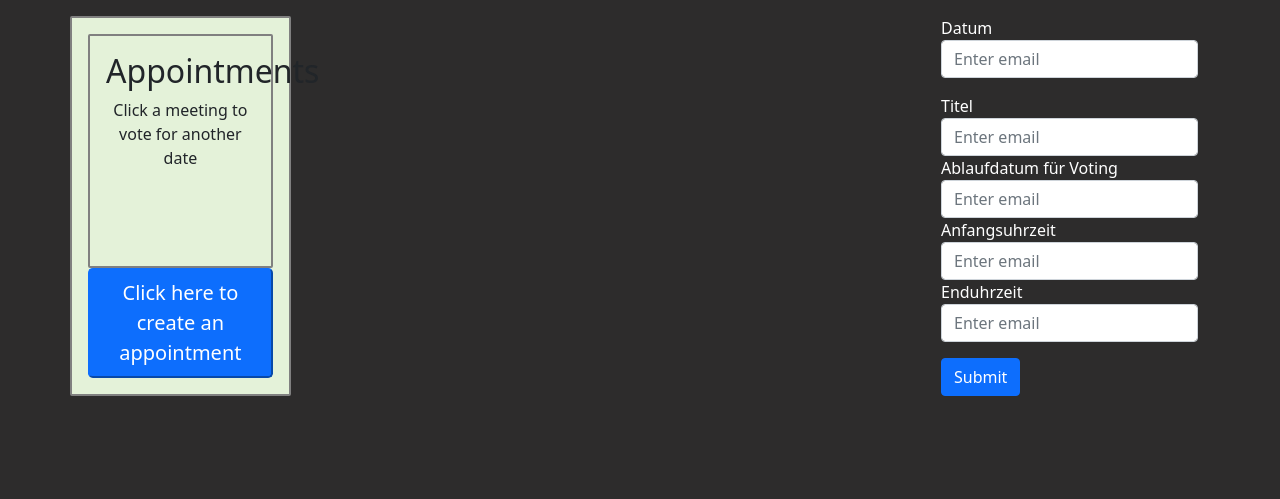
Repository: wlichon/Semesterprojekt
Page: index.html
These files come from the project's save history. The page is drawn as it stood at one moment and after the next save; the edit follows.
The browser window is 1280 px wide. The pictures show the whole page.
The page's requests for data from a server got no answer. Some web libraries are served in a nearby version.

Above is the page before, as saved 2022-04-22 20:47:23.

### index.html
<!DOCTYPE html>
<html lang="en">
<head>
    <link href="https://cdn.jsdelivr.net/npm/bootstrap@5.1.3/dist/css/bootstrap.min.css" rel="stylesheet" integrity="sha384-1BmE4kWBq78iYhFldvKuhfTAU6auU8tT94WrHftjDbrCEXSU1oBoqyl2QvZ6jIW3" crossorigin="anonymous">
    <link rel="stylesheet" href="https://cdn.jsdelivr.net/npm/bootstrap-icons@1.8.1/font/bootstrap-icons.css">
    <script
    src="https://code.jquery.com/jquery-3.6.0.min.js"
    integrity="sha256-/xUj+3OJU5yExlq6GSYGSHk7tPXikynS7ogEvDej/m4="
    crossorigin="anonymous"></script>
    <script src="https://cdnjs.cloudflare.com/ajax/libs/jqueryui/1.12.1/jquery-ui.min.js" integrity="sha512-uto9mlQzrs59VwILcLiRYeLKPPbS/bT71da/OEBYEwcdNUk8jYIy+D176RYoop1Da+f9mvkYrmj5MCLZWEtQuA==" crossorigin="anonymous" referrerpolicy="no-referrer"></script>
    <meta charset="UTF-8">
    <meta http-equiv="X-UA-Compatible" content="IE=edge">
    <meta name="viewport" content="width=device-width, initial-scale=1.0">
    <link rel="stylesheet" href="frontend/css/mystyle.css">
    <script src="frontend/script/script.js" defer></script>
    <title>Appointment Finder</title>
</head>
<body class="d-flex justify-content-center">
    <div class="container m-3 d-flex justify-content-center">
        <div class="events row flex-grow-1" id="events">
            <div class="col-md-3 d-flex justify-content-between" style="flex-direction: column">

                <div class="col">
                    <h2 class="align-self-center">Appointments</h2>
                    <p class="">Click a meeting to vote for another date</p>
                </div>
                <button class = "btn-primary btn-lg" id = "createappointment"> Click here to create an appointment</button>


                </div>
             </div>

            <div class="appointments row flex-grow-1" id="appointments">
                <div class="col-md d-flex justify-content-between" style="flex-direction: column">
                    <div class="row h-80">
                        <div class="col">
                           <h2 class="align-self-center">Options</h2>
                        </div>
                    </div>
                    <div class="row inputs h-20 align-self-bottom">
                        <div class="col-md">
                            <i class="bi bi-person-circle m-1"></i><input type="text" placeholder="Name">
                        </div>
                    </div>

                </div>




                <!--
                    <div id = "appointment"
                <div class="col-md">
                    <div class="row h-80">
                        <div class="col wrapper">
                            <h4>Dez</h4>
                            <h3>23</h3>
                            <p>Mi</p>
                            <p>11:40</p>
                            <p>13:00</p>
                        </div>
                    </div>
                    <div class="row inputs h-20">
                        <div class="col-md"><input class="form-check-input" type="checkbox" value=""></div>
                    </div>


                </div>
                <div class="btn btn-primary col-auto p-1" id="lslide">
                    <i class="bi bi-chevron-left"></i>
                </div>

                <div class="row mt-5 comment">
                    <div class="input-group input-group-lg">
                        <span class="input-group-text" id="inputGroup-sizing-lg">Comment</span>
                        <input type="text" class="form-control" aria-label="Sizing example input" aria-describedby="inputGroup-sizing-lg">
                        <button class="btn btn-outline-secondary bg-primary text-white" type="button" id="submit">Submit</button>
                    </div>
                </div>
            -->
        </div>
        <form id = "createappointmentform">
            <!-- Appointment ($date,$title,$votingExpirationDate,$begin,$end,$optionIDs)3222 -->
            <div class="form-group">
              <label for="exampleInputEmail1" class ="text-white">Datum</label>
              <input type="email" class="form-control" id="exampleInputEmail1" aria-describedby="emailHelp" placeholder="Enter email">
            </div>
            <div class="form-group">
                <label for="exampleInputEmail1" class ="text-white mt-3">Titel</label>
                <input type="email" class="form-control" id="exampleInputEmail1" aria-describedby="emailHelp" placeholder="Enter email">
            </div>
              <div class="form-group">
                <label for="exampleInputEmail1" class ="text-white">Ablaufdatum für Voting</label>
                <input type="email" class="form-control" id="exampleInputEmail1" aria-describedby="emailHelp" placeholder="Enter email">
            </div>
              <div class="form-group">
                <label for="exampleInputEmail1" class ="text-white">Anfangsuhrzeit</label>
                <input type="email" class="form-control" id="exampleInputEmail1" aria-describedby="emailHelp" placeholder="Enter email">
            </div>
              <div class="form-group">
                <label for="exampleInputEmail1" class ="text-white">Enduhrzeit</label>
                <input type="email" class="form-control" id="exampleInputEmail1" aria-describedby="emailHelp" placeholder="Enter email">
            </div>
            <button type="submit" class="btn btn-primary mt-3">Submit</button>
          </form>

            </div>


    <script src="https://cdn.jsdelivr.net/npm/bootstrap@5.1.3/dist/js/bootstrap.bundle.min.js" integrity="sha384-ka7Sk0Gln4gmtz2MlQnikT1wXgYsOg+OMhuP+IlRH9sENBO0LRn5q+8nbTov4+1p" crossorigin="anonymous"></script>
</body>
</html>

### frontend/css/mystyle.css
[class*="col"]{
    text-align:center;
    border: 2px solid grey;
    padding: 1rem;
    border-radius: 2px;
    background-color:rgb(228, 242, 217);
}

.bi-person-circle{
    font-size: 1.5rem;
}

.inputs > div{
    background-color: rgb(89, 209, 61);
}

body{
    background-color:rgb(45, 44, 44);
}

.wrapper{
    border-radius: 5px;
    border: none;
    background-color: lightcyan;
}

.container{
    border-radius: 5px;
}

#lslide{
    background-color:blue;
    border-radius:10px;
}

.event{
    cursor: pointer;
}

.event:hover{
    background-color:blue;
}

.noevent:hover{
    pointer-events: none;
}

### frontend/script/script.js
"use strict";
var months = ["Jan", "Feb", "Mar", "Apr", "May", "Jun", "Jul", "Aug", "Sep", "Oct", "Nov", "Dec"];
var days = ["Mon", "Tue", "Wed", "Thu", "Fri", "Sat", "Sun"];
var slidebutton = "<div class='btn btn-primary col-auto p-1' id='lslide'><i class='bi bi-chevron-left'></i></div>";
var commentbar = "<div class='row mt-5 comment'><div class='input-group input-group-lg'><span class='input-group-text' id='inputGroup-sizing-lg'>Comment</span><input type='text' class='form-control' aria-label='Sizing example input' aria-describedby='inputGroup-sizing-lg'><button class='btn btn-outline-secondary bg-primary text-white' type='button' id='submit'>Submit</button></div></div>";
$(function () {
    $("#appointments").hide();
    $("#events").hide();
    $.ajax({
        type: "GET",
        url: "backend/serviceHandler.php",
        cache: false,
        data: { function: "loadAppointments" },
        dataType: "json",
        success: function (response) {
            // bei sucess liefert loadAppointments ein Array mit den ganzen Appointments in dem Format:
            //  Appointment("25-06-2027", "Meeting4", "22-05-2025 19:30:00", "18:00", "18:30", [2, 3]) also:
            // Appointment("Tag-Monat-Jahr", "MeetingNummer", "ExpirationDate", "UhrzeitBeginn", "Uhrzeitende", "OptionsID");
            // Appointment ($date,$title,$votingExpirationDate,$begin,$end,$optionIDs)3222
            console.log("success");
            $.each(response, function (i, val) {
                var counter = 1;
                var date = new Date(val["date"]["date"]);
                var month = months[date.getMonth()];
                var day = days[date.getDay()];
                var dayOfMonth = date.getDate();
                var year = date.getFullYear();
                var expiration = val["votingExpirationDate"]["date"].substr(0, 19);
                var begin = val["begin"]["date"].substr(11).substr(0, 8);
                var end = val["end"]["date"].substr(11).substr(0, 8);
                var id = val["optionIDs"];
                $("#events").append("<div class='col-md-2 event' id =" + counter + " + data=" + id + ">" +
                    "<div class='col wrapper'>" +
                    "<h2>" + val["title"] + "</h2>" +
                    "<h4>" + month + "</h4>" +
                    "<h3>" + dayOfMonth + "</h3>" +
                    "<p>" + day + "</p>" +
                    "<p>Begins: " + begin + "</p>" +
                    "<p>Ends: " + end + "</p>" +
                    "<h6><p>Voting ends:</p>" +
                    "<p>" + expiration + "</p></h6>" +
                    "</div> </div>");
                var isexpired = new Date(expiration);
                var today = new Date();
                if (isexpired <= today) {
                    $("#" + counter).append("<h5 class = 'mt-3' > abgelaufen! </h5>");
                    $("#" + counter).attr("class", "col-md-2 noevent");
                }
                counter++;
            });
        },
        complete: function () {
            $(".event").on('click', function (e) {
                var self = e.currentTarget; // Element was das Klick getriggert hat
                $("#events").hide("slide", { direction: "left" }, 1000, function () {
                    console.log(self);
                    var optionIDs_string = self.getAttribute("data");
                    var optionIDs = Array.from(optionIDs_string.split(","));
                    console.log(optionIDs);
                    $.ajax({
                        type: "GET",
                        url: "backend/serviceHandler.php",
                        cache: false,
                        data: { function: "loadOptions", param: optionIDs },
                        dataType: "json",
                        success: function (response) {
                            console.log("success");
                            console.log(response);
                            $.each(response, function (i, val) {
                                var date = new Date(val["date"]["date"]);
                                console.log("loop");
                                var month = months[date.getMonth()];
                                var day = days[date.getDay()];
                                var dayOfMonth = date.getDate();
                                var year = date.getFullYear();
                                var begin = val["begin"]["date"].substr(11).substr(0, 8);
                                var end = val["end"]["date"].substr(11).substr(0, 8);
                                $("#appointments").append("<div class='col-md'>" +
                                    "<div class='col-md event'>" +
                                    "<div class='col wrapper'>" +
                                    "<h4>" + month + "</h4>" +
                                    "<h3>" + dayOfMonth + "</h3>" +
                                    "<p>" + day + "</p>" +
                                    "<p>Begins: " + begin + "</p>" +
                                    "<p>Ends: " + end + "</p>" +
                                    "</div></div>" +
                                    "<div class='row inputs h-20'>" +
                                    "<div class='col-md'><input class='form-check-input' type='checkbox' value=''></div></div></div>");
                            });
                            $("#appointments").append(slidebutton + commentbar);
                            $("#lslide").on('click', slidebar);
                        },
                        error: function (response) {
                            console.log("failure");
                        }
                    }),
                        setTimeout(function () { return $("#appointments").show("slide", 1000); }, 100);
                });
            });
            $("#events").show("slide", 1000);
        },
        error: function (e) {
            console.log("failure");
        }
    });
    console.log("hi");
    $("#submit").on('click', function () {
        console.log($("#test").prop("checked"));
    });
});
var optionNameInput = '<div class="col-md d-flex justify-content-between" style="flex-direction: column">' +
    '<div class="row h-80">' +
    '<div class="col">' +
    '<h2 class="align-self-center">Options</h2>' +
    '</div>' +
    '</div>' +
    '<div class="row inputs h-20 align-self-bottom">' +
    '<div class="col-md">' +
    '<i class="bi bi-person-circle m-1"></i><input type="text" placeholder="Name">' +
    '</div>' +
    '</div>' +
    '</div>';
function slidebar() {
    $("#appointments").hide("slide", { direction: "left" }, 1000, function () {
        $("#appointments").empty().append(optionNameInput);
        $("#events").show("slide", 1000);
    });
}

After the next save:
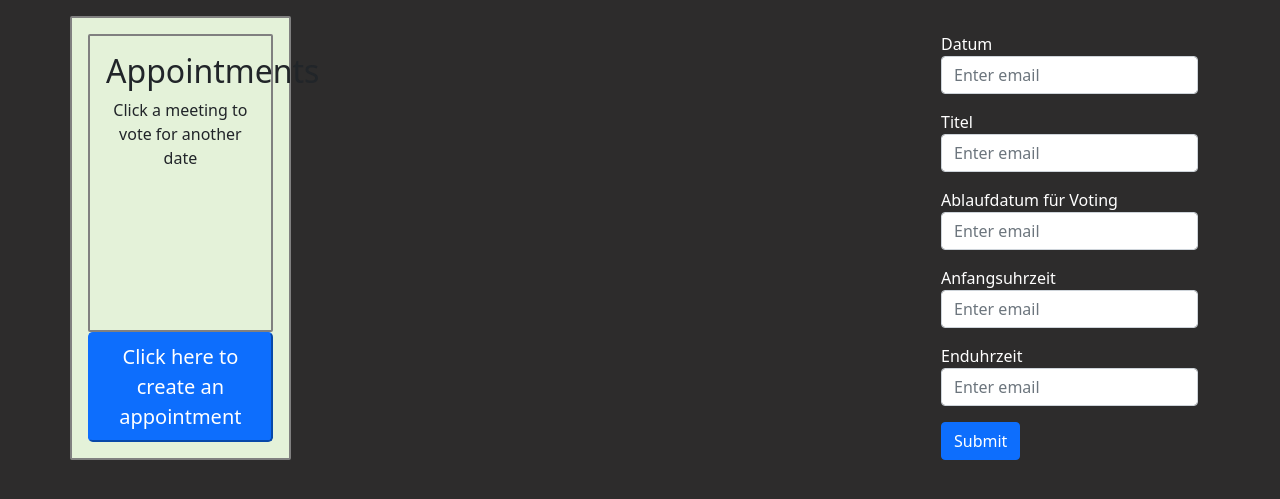
Saved 18 s later.
--- a/index.html
+++ b/index.html
@@ -82,7 +82,7 @@
         <form id = "createappointmentform">
             <!-- Appointment ($date,$title,$votingExpirationDate,$begin,$end,$optionIDs)3222 -->
             <div class="form-group">
-              <label for="exampleInputEmail1" class ="text-white">Datum</label>
+              <label for="exampleInputEmail1" class ="text-white mt-3">Datum</label>
               <input type="email" class="form-control" id="exampleInputEmail1" aria-describedby="emailHelp" placeholder="Enter email">
             </div>
             <div class="form-group">
@@ -90,15 +90,15 @@
                 <input type="email" class="form-control" id="exampleInputEmail1" aria-describedby="emailHelp" placeholder="Enter email">
             </div>
               <div class="form-group">
-                <label for="exampleInputEmail1" class ="text-white">Ablaufdatum für Voting</label>
+                <label for="exampleInputEmail1" class ="text-white mt-3">Ablaufdatum für Voting</label>
                 <input type="email" class="form-control" id="exampleInputEmail1" aria-describedby="emailHelp" placeholder="Enter email">
             </div>
               <div class="form-group">
-                <label for="exampleInputEmail1" class ="text-white">Anfangsuhrzeit</label>
+                <label for="exampleInputEmail1" class ="text-white mt-3">Anfangsuhrzeit</label>
                 <input type="email" class="form-control" id="exampleInputEmail1" aria-describedby="emailHelp" placeholder="Enter email">
             </div>
               <div class="form-group">
-                <label for="exampleInputEmail1" class ="text-white">Enduhrzeit</label>
+                <label for="exampleInputEmail1" class ="text-white mt-3">Enduhrzeit</label>
                 <input type="email" class="form-control" id="exampleInputEmail1" aria-describedby="emailHelp" placeholder="Enter email">
             </div>
             <button type="submit" class="btn btn-primary mt-3">Submit</button>
